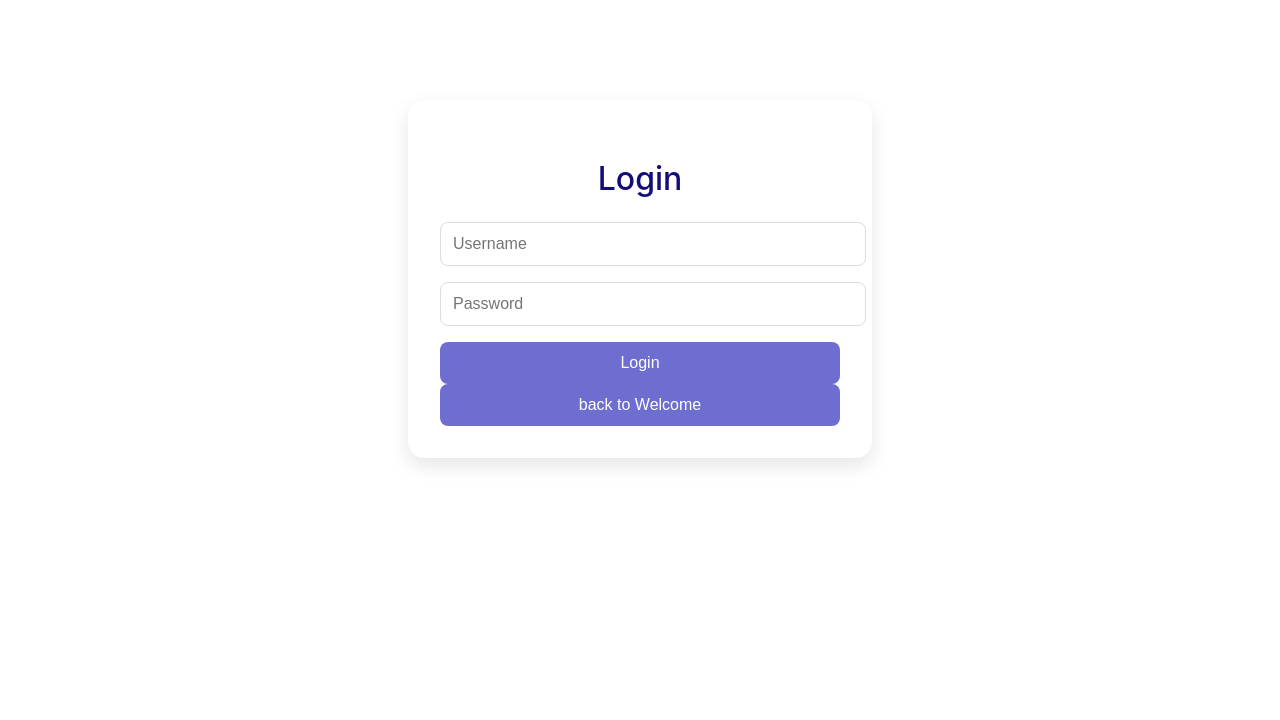
Repository: RachelB9913/smart-task-and-habit-tracker
Page: /login
An editor plug-in stored every save of this project. The page is shown before and after the next save, followed by the edit.
The browser window is 1280 px wide. The pictures show the whole page.
The project was rebuilt for these pictures with package versions that can differ from the ones it lists, and the page was loaded fresh each time. Also part of the build but not shown: src/components/welcome.js, src/components/Auth.css, src/components/Register.js, src/components/DashBoard.js.

Above is the page before, as saved 2025-06-18 18:30:24.

After the next save:
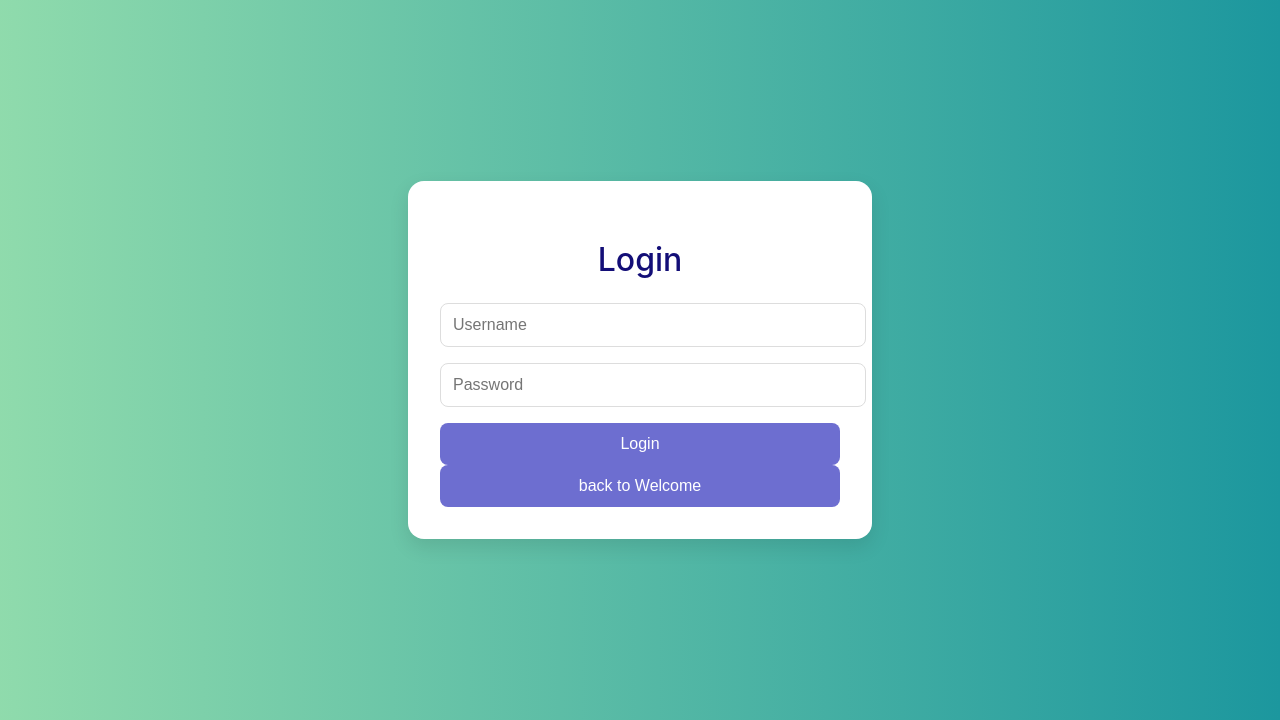
Saved 43 s later.
--- a/src/components/Login.js
+++ b/src/components/Login.js
@@ -47,21 +47,23 @@ export default function Login() {
     };
 
     return (
-    <PageWrapper direction="left">
-        <div className="form-container">
-            <form onSubmit={handleSubmit}>
-                <h2>Login</h2>
-                <input name="username" placeholder='Username' onChange={handleChange} required />
-                <input type="password" name="password" placeholder='Password' onChange={handleChange} required />
-                <button type="submit">Login</button>
-                <button
-                    onClick={() => navigate('/')}
-                    className="w-full py-3 px-6 bg-indigo-600 text-white rounded-xl shadow hover:bg-indigo-700 transition duration-200" >
-                    back to Welcome
-                </button>
-            </form>
-        </div>
-    </PageWrapper>
+    <div className="login-background">
+        <PageWrapper direction="left">
+            <div className="form-container">
+                <form onSubmit={handleSubmit}>
+                    <h2>Login</h2>
+                    <input name="username" placeholder='Username' onChange={handleChange} required />
+                    <input type="password" name="password" placeholder='Password' onChange={handleChange} required />
+                    <button type="submit">Login</button>
+                    <button
+                        onClick={() => navigate('/')}
+                        className="w-full py-3 px-6 bg-indigo-600 text-white rounded-xl shadow hover:bg-indigo-700 transition duration-200" >
+                        back to Welcome
+                    </button>
+                </form>
+            </div>
+        </PageWrapper>
+    </div>
     );
 }
 
